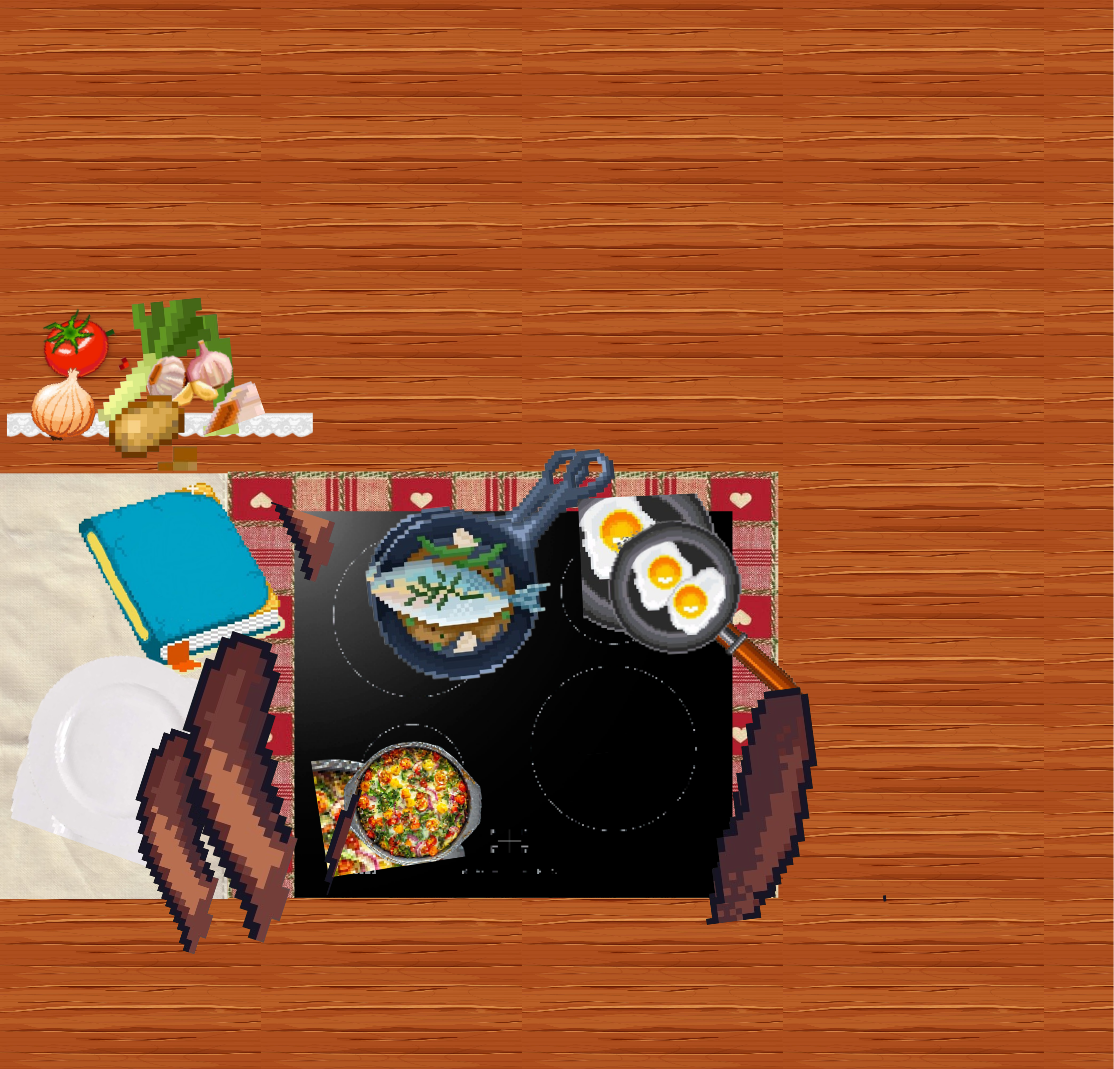
Repository: AJamdonuts/ToddyTalks
Page: playingaround2/pages/chefsujin.html
An editor plug-in stored every save of this project. The page is shown before and after the next save, followed by the edit.
The browser window is 1280 px wide. The pictures show the whole page, at 87% of full size.

Above is the page before, as saved 2025-11-26 20:27:01.

### playingaround2/pages/chefsujin.html
<!DOCTYPE html>
<html>
<head>
    <meta charset="UTF-8">
    <meta name="viewport" content="width=device-width, initial-scale=1">
    <link href="/playingaround2/styles/chefsujin.css" rel="stylesheet">
    <script src="/playingaround2/javascript/chefsujin.js" defer></script>
    <title>Chef Sujin</title>
    <link rel="icon" type="image/x-icon" href="/playingaround2/images/favicon.ico">
</head>
<body>
    <div class="canvas">
        <img src="/playingaround2/images/09362b8ce39beb85f830c3373e6b392c-removebg-preview.png" alt="Chef Sujin Banner" class="chef-sujin-banner">
        <img src="/playingaround2/images/b41e50d46e26e9463ce130b2da7a46aa.jpg" class="creamtexture">
        <img src="/playingaround2/images/check table cloth.jpg" class="checktablecloth">
        <img src="/playingaround2/images/pxArt-2.png" class="hob">
        <img src="/playingaround2/images/pixil-frame-0-removebg-preview 1.png" class="recipebook">
        <img src="/playingaround2/images/fishpan.png" class="fishpan">
        <img src="/playingaround2/images/leek-removebg-preview.png" class="leek">
        <img src="/playingaround2/images/garlic-removebg-preview.png" class="garlic">
        <img src="/playingaround2/images/d95fa1e62c663504736614e026fc4862-removebg-preview.png" class="potato">
        <img src="/playingaround2/images/pixil-frame-0-removebg-preview.png" class="eggpan" >
        <img src="/playingaround2/images/pxArt-2-removebg-preview.png" class="vegpan">
        <img src="/playingaround2/images/pxArt-removebg-preview.png" class="plate">
        <img src="/playingaround2/images/tomato-removebg-preview.png" class="tomato">
        <img src="/playingaround2/images/onion-removebg-preview.png" class="onion">
        <img src="/playingaround2/images/IMG_0236_2-removebg-preview.png" class="beararm1" >
        <img src="/playingaround2/images/IMG_0236-removebg-preview.png" class="beararm2" >
    </div>

</body>
</html>

### playingaround2/styles/chefsujin.css


/* Add a main container to hold all your absolutely positioned elements */
.canvas {
    position: relative;
    max-width: 1440px;
    max-height: 1024px;
    width: 100%;
    height: 100%;
    transform-origin: bottom left;
    transform: scale(var(--scale-factor, 1));
}

/* Use Flexbox on the body to center the .canvas element when it hits the max size */
body {
    display: flex;
    justify-content: center; /* horizontally center canvas */
    align-items: flex-end;   /* vertically position canvas as needed */

    background-image: url('/playingaround2/images/kitchencounter.jpg');
    background-repeat: repeat;      /* repeat the image */
    background-size: 300px 100px;   /* set width and height for each tile */
    background-position: top left;  /* start tiling from top-left */
    background-attachment: scroll;  /* moves with page */
    background-color: #ffffff;      /* fallback color */
}

.tomato {
    position: absolute;
    width: 133.75px;
    height: 133.75px;
    left: 45.02px;
    top: 55.06px;
    background: url(tomato-removebg-preview.png);
    filter: drop-shadow(0px 4px 4px rgba(0, 0, 0, 0.25));
    border-radius: 4px;
    transform: rotate(-24.58deg);
}

.potato {
    position: absolute;
    width: 165px;
    height: 165px;
    left: 146px;
    top: 161px;
    background: url(d95fa1e62c663504736614e026fc4862-removebg-preview.png);
}

.leek {
    position: absolute;
    width: 257.96px;
    height: 257.96px;
    left: 109.95px;
    top: 20px;
    background: url(leek-removebg-preview.png);
    transform: rotate(-5.62deg);
}

.garlic {
    position: absolute;
    width: 194.8px;
    height: 194.8px;
    left: 200.62px;
    top: 74.87px;
    background: url(garlic-removebg-preview.png);
    transform: rotate(-19.27deg);
}

.onion {
    position: absolute;
    width: 126.18px;
    height: 144.28px;
    left: 32px;
    top: 145.3px;
    background: url(onion-removebg-preview.png);
    transform: rotate(17.63deg);
    }

.recipebook {
    position: absolute;
    width: 392px;
    height: 392px;
    left: 90px;
    top: 302px;
}

.plate {
    position: absolute;
    width: 334.76px;
    height: 332.75px;
    left: 22px;
    top: 616px;
    background: url(pxArt-removebg-preview.png);
    transform: rotate(19.64deg);
}

.beararm1 {
    position: absolute;
    width: 448.49px;
    height: 883.17px;
    left: 132px;
    top: 374px;
    background: url(IMG_0236_2-removebg-preview.png);
    transform: matrix(0.95, 0.31, 0.31, -0.95, 0, 0);
}

.beararm2 {
    position: absolute;
    width: 348.8px;
    height: 764.5px;
    left: 1062px;
    top: 450px;
    background: url(IMG_0236-removebg-preview.png);
    transform: matrix(0.99, -0.13, -0.13, -0.99, 0, 0);
}

.fishpan {
    position: absolute;
    width: 546.95px;
    height: 546.95px;
    left: 532px;
    top: 257px;
    background: url(fishpan.png);
    transform: rotate(-6.22deg);
}

.eggpan {
    position: absolute;
    width: 396px;
    height: 396px;
    left: 942.44px;
    top: 362.44px;
    background: url(pixil-frame-0-removebg-preview.png);
    transform: rotate(177.33deg);
}

.vegpan {
    position: absolute;
    width: 207px;
    height: 310px;
    left: 560px;
    top: 710px;
    background: url(pxArt-2-removebg-preview.png);
    transform: rotate(81.24deg);
}

.hob {
    position: absolute;
    width: 716px;
    height: 632px;
    left: 470px;
    top: 392px;
    background: url(pxArt-2.png);
}

.creamtexture {
    position: absolute;
    width: 476px;
    height: 696px;
    left: -115px;
    top: 330px;
    background: url(b41e50d46e26e9463ce130b2da7a46aa.jpg);
}

.checktablecloth {
    position: absolute;
    width: 900px;
    height: 697px;
    left: 361px;
    top: 327px;
}

### playingaround2/javascript/chefsujin.js
function calculateScaleFactor() {
    // Define the original design dimensions
    const DESIGN_WIDTH = 1440;
    const DESIGN_HEIGHT = 1024;

    // Get the current viewport dimensions
    const viewportWidth = window.innerWidth;
    const viewportHeight = window.innerHeight;

    // Calculate the scale factor for both dimensions
    const widthScale = viewportWidth / DESIGN_WIDTH;
    const heightScale = viewportHeight / DESIGN_HEIGHT;

    // Use the smaller scale factor to ensure everything fits inside the window
    const scaleFactor = Math.min(widthScale, heightScale);

    // Get the .canvas element
    const canvas = document.querySelector('.canvas');

    // Apply the scale factor as a CSS variable
    if (canvas) {
        // If the viewport is larger than the design max, don't scale up past 1
        const finalScale = Math.min(scaleFactor, 1);
        canvas.style.setProperty('--scale-factor', finalScale);

        // Additionally, set the fixed width/height so the centering works correctly
        canvas.style.width = `${DESIGN_WIDTH}px`;
        canvas.style.height = `${DESIGN_HEIGHT}px`;
    }
}

// Run on load and on every window resize
window.addEventListener('resize', calculateScaleFactor);
document.addEventListener('DOMContentLoaded', calculateScaleFactor);

After the next save:
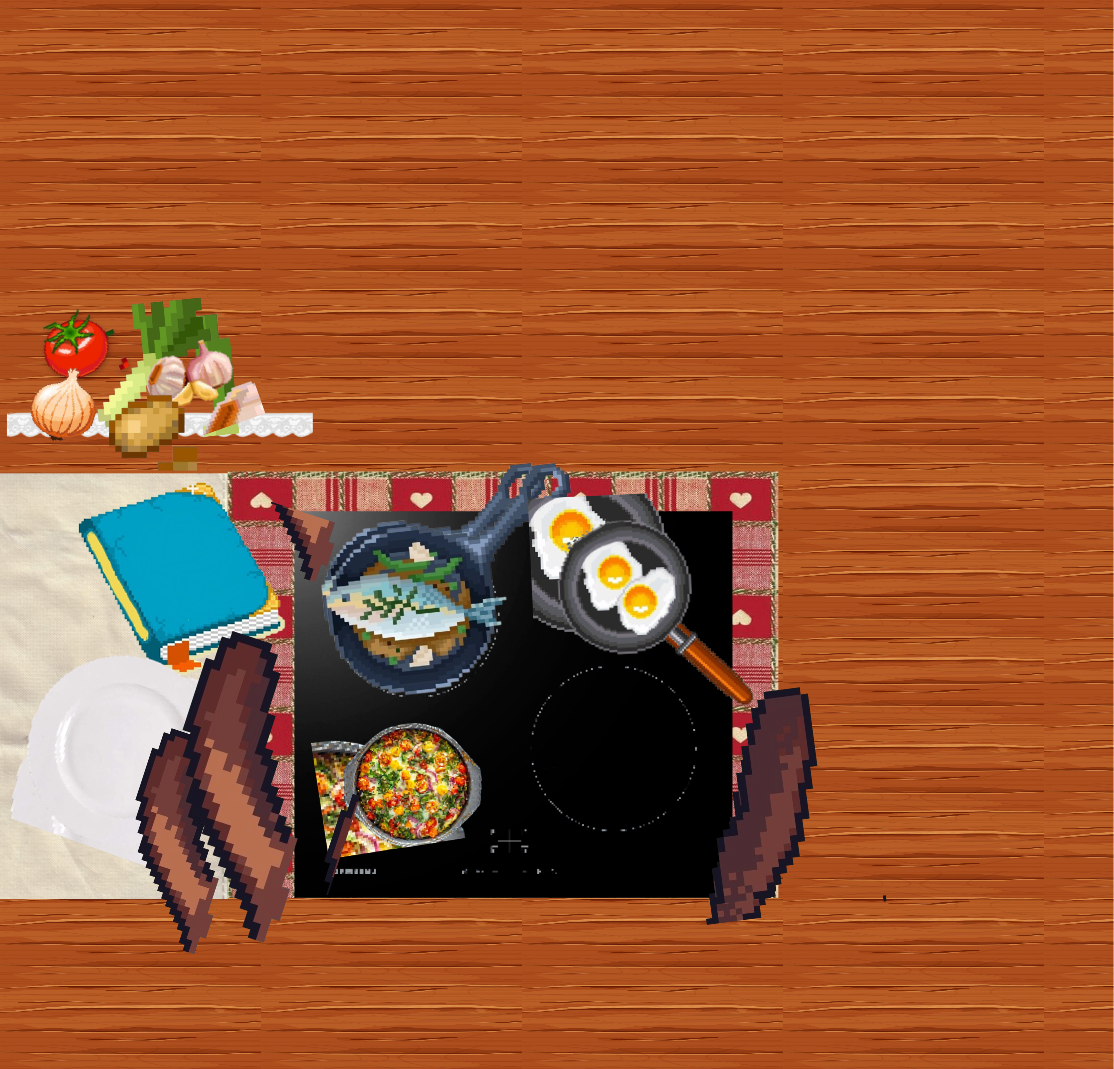
Saved 2 min 13 s later.
--- a/playingaround2/styles/chefsujin.css
+++ b/playingaround2/styles/chefsujin.css
@@ -118,8 +118,8 @@ body {
     position: absolute;
     width: 546.95px;
     height: 546.95px;
-    left: 532px;
-    top: 257px;
+    left: 460px;
+    top: 280px;
     background: url(fishpan.png);
     transform: rotate(-6.22deg);
 }
@@ -128,7 +128,7 @@ body {
     position: absolute;
     width: 396px;
     height: 396px;
-    left: 942.44px;
+    left: 860px;
     top: 362.44px;
     background: url(pixil-frame-0-removebg-preview.png);
     transform: rotate(177.33deg);
@@ -139,7 +139,7 @@ body {
     width: 207px;
     height: 310px;
     left: 560px;
-    top: 710px;
+    top: 680px;
     background: url(pxArt-2-removebg-preview.png);
     transform: rotate(81.24deg);
 }
